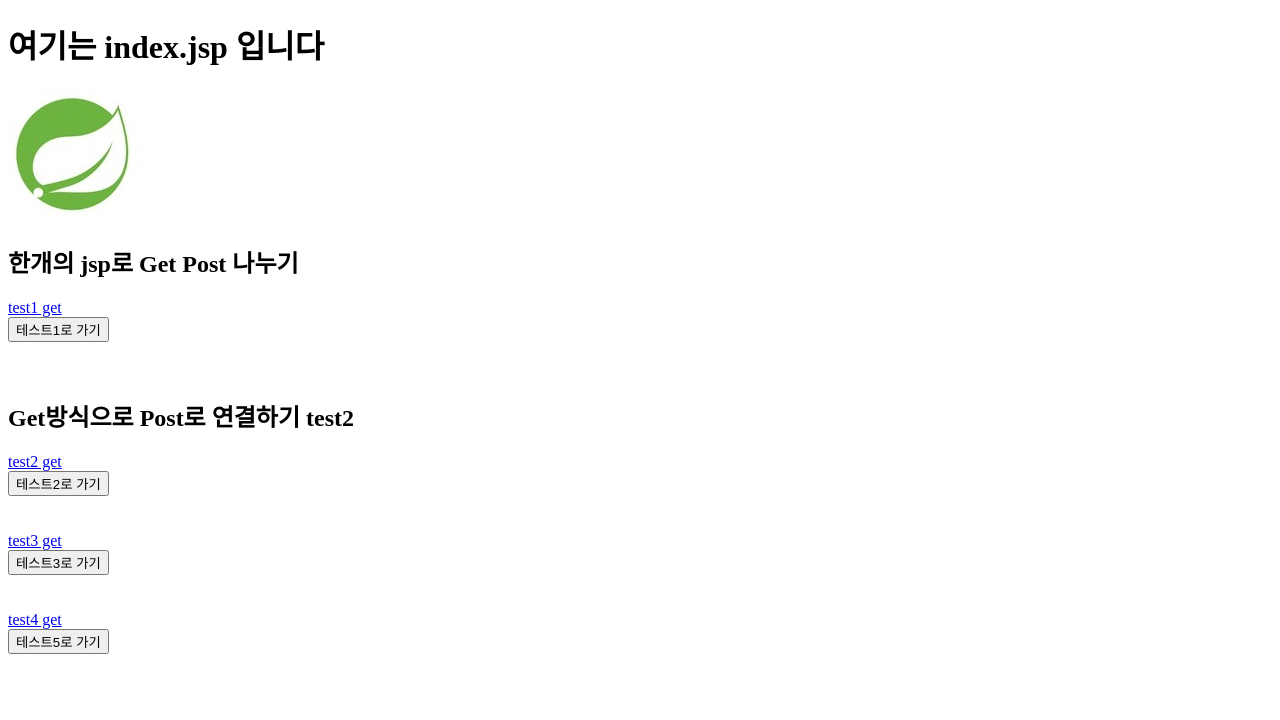
Repository: nxx5xxx/spring
Page: http://localhost/RequestMethod/WEB-INF/views/index.jsp
The author's editor kept a copy of each file at every save. The page is drawn from the files as they stood at one save, then again after the next save.
The browser window is 1280 px wide. The pictures show the whole page.
The page is served by Tomcat 9. Nobody is signed in. Other server files are loaded and not shown. The template is opened directly, without the code that normally fills it, so the values that code supplies are empty.

Above is the page before, as saved 2023-06-05 05:41:35.

### RequestMethod/WebContent/WEB-INF/views/index.jsp
<%@ page language="java" contentType="text/html; charset=UTF-8"
    pageEncoding="UTF-8"%>
<!DOCTYPE html>
<html>
<head>
<meta charset="UTF-8">
<title>Insert title here</title>
</head>
<body>
	<h1>여기는 index.jsp 입니다</h1>
	<img src="image/spring_logo.jpg"><br>

	<h2> 한개의 jsp로 Get Post 나누기</h2>
	<a href="test1">test1 get</a><br>
	<form action="test1" method="post">
	<input type="submit" value="테스트1로 가기">
	</form>
	<br><br>

	<h2> Get방식으로 Post로 연결하기 test2</h2>
	<a href="test2">test2 get</a><br>
	<form action="test2" method="post">
	<input type="submit" value="테스트2로 가기">
	</form>
	<br><br>

	<a href="test3">test3 get</a><br>
	<form action="test3" method="post">
	<input type="submit" value="테스트3로 가기">
	</form>
	<br><br>

		<a href="test4">test4 get</a><br>
	<form action="test5" method="post">
	<input type="submit" value="테스트5로 가기">
	</form>
</body>
</html>

After the next save:
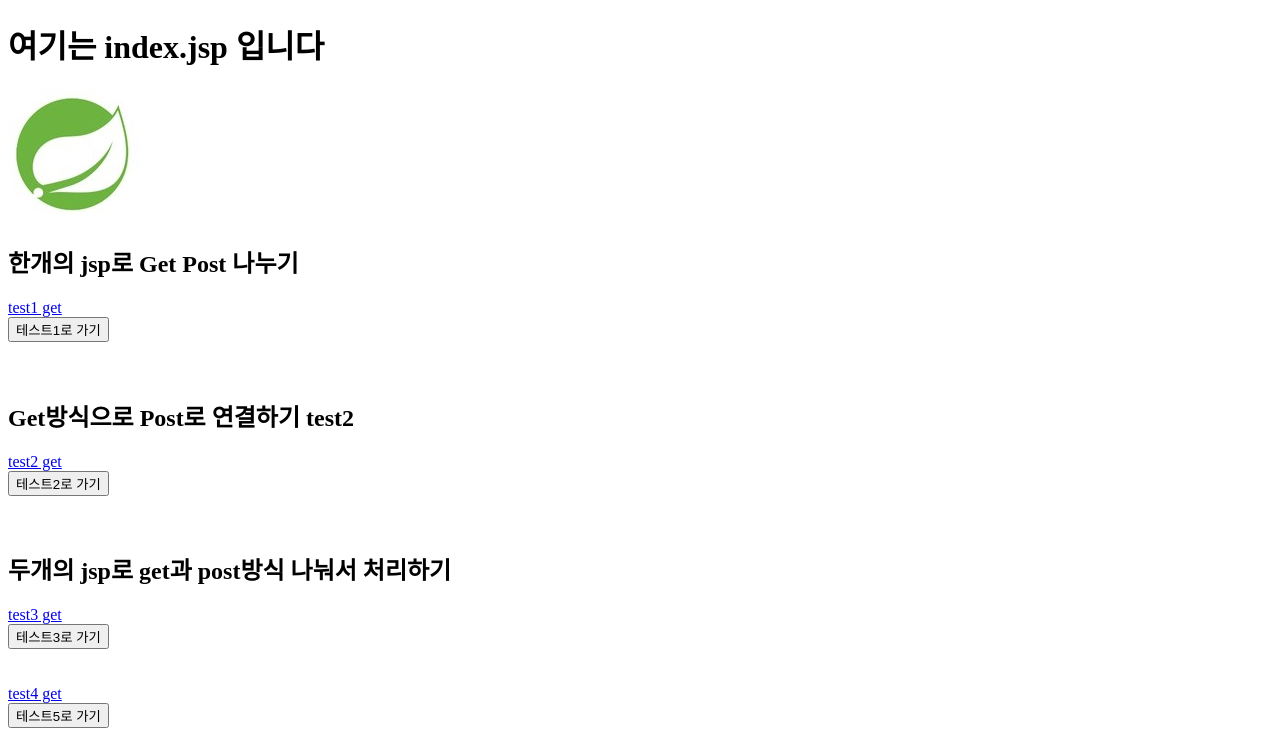
Saved 13 s later.
--- a/RequestMethod/WebContent/WEB-INF/views/index.jsp
+++ b/RequestMethod/WebContent/WEB-INF/views/index.jsp
@@ -24,6 +24,7 @@
 	</form>
 	<br><br>
 
+	<h2> 두개의 jsp로 get과 post방식 나눠서 처리하기 </h2>
 	<a href="test3">test3 get</a><br>
 	<form action="test3" method="post">
 	<input type="submit" value="테스트3로 가기">
